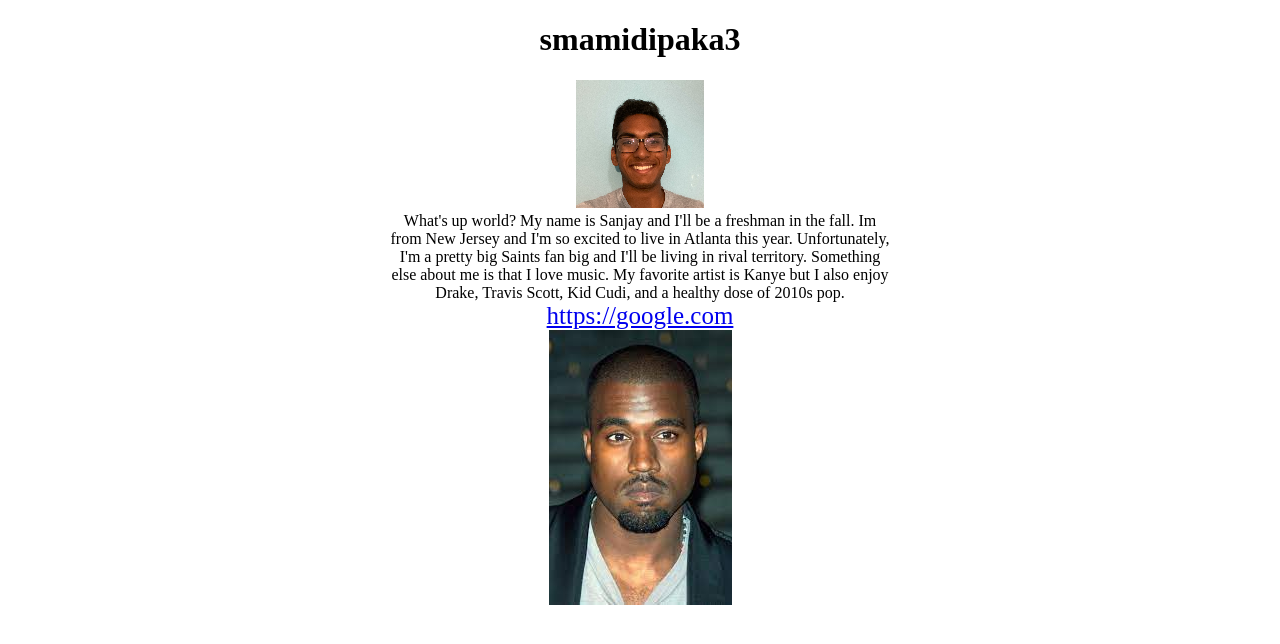
Repository: sanjayMamidipaka/cs1301
Page: lab01/index.html
The author's editor kept a copy of each file at every save. The page is drawn from the files as they stood at one save, then again after a run of saves.
The browser window is 1280 px wide. The pictures show the whole page.

Above is the page before, as saved 2021-07-22 16:24:36.

### lab01/index.html
<!DOCTYPE html>

<head>
    <link rel="stylesheet" href="style.css">
  </head>

  <div class = "h1">
    <h1>smamidipaka3</h1>

    <img src="image.png" alt="My Picture">
    <p class = 'description'>
        What's up world? My name is Sanjay and I'll be a freshman in the fall. Im from New Jersey and I'm so excited to live in Atlanta this year.
        Unfortunately, I'm a pretty big Saints fan big and I'll be living in rival territory. Something else about me is that I love music. My favorite artist is Kanye but
        I also enjoy Drake, Travis Scott, Kid Cudi, and a healthy dose of 2010s pop.
    </p>

    <a class='link' href="https://google.com">https://google.com</a>

  </div>

  <a href="https://www.kanyewest.com/" >
    <img class='kanye' src="kanye.jpeg" alt="The GOAT's pic">
</a>

### lab01/style.css
.h1 {
    text-align: center
}

.description {
    width: 500px;
    text-align: center;
    margin: auto;
    color: ;
}

.link {
    font-size: 25px;
}

.kanye {
    display: block;
    margin-left: auto;
    margin-right: auto;
}

After the next 2 saves:
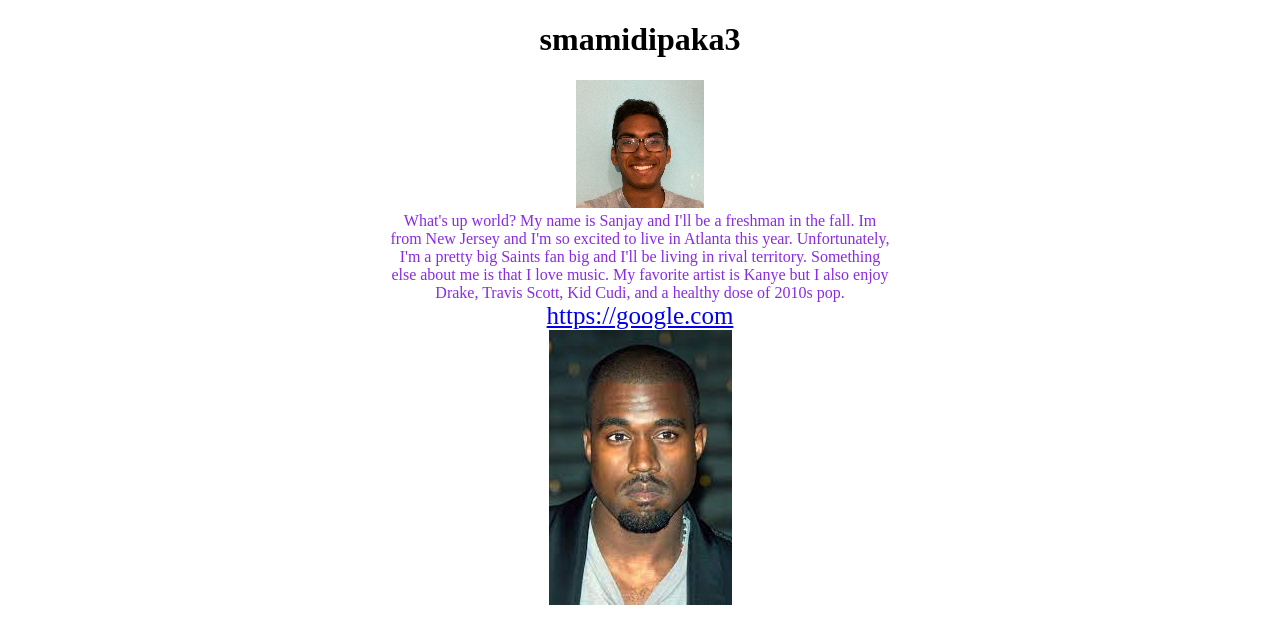
The 2 saves are shown as one change because they came seconds apart.
The last was saved 9 s later.
--- a/lab01/style.css
+++ b/lab01/style.css
@@ -6,7 +6,7 @@
     width: 500px;
     text-align: center;
     margin: auto;
-    color: ;
+    color: blueviolet;\
 }
 
 .link {
